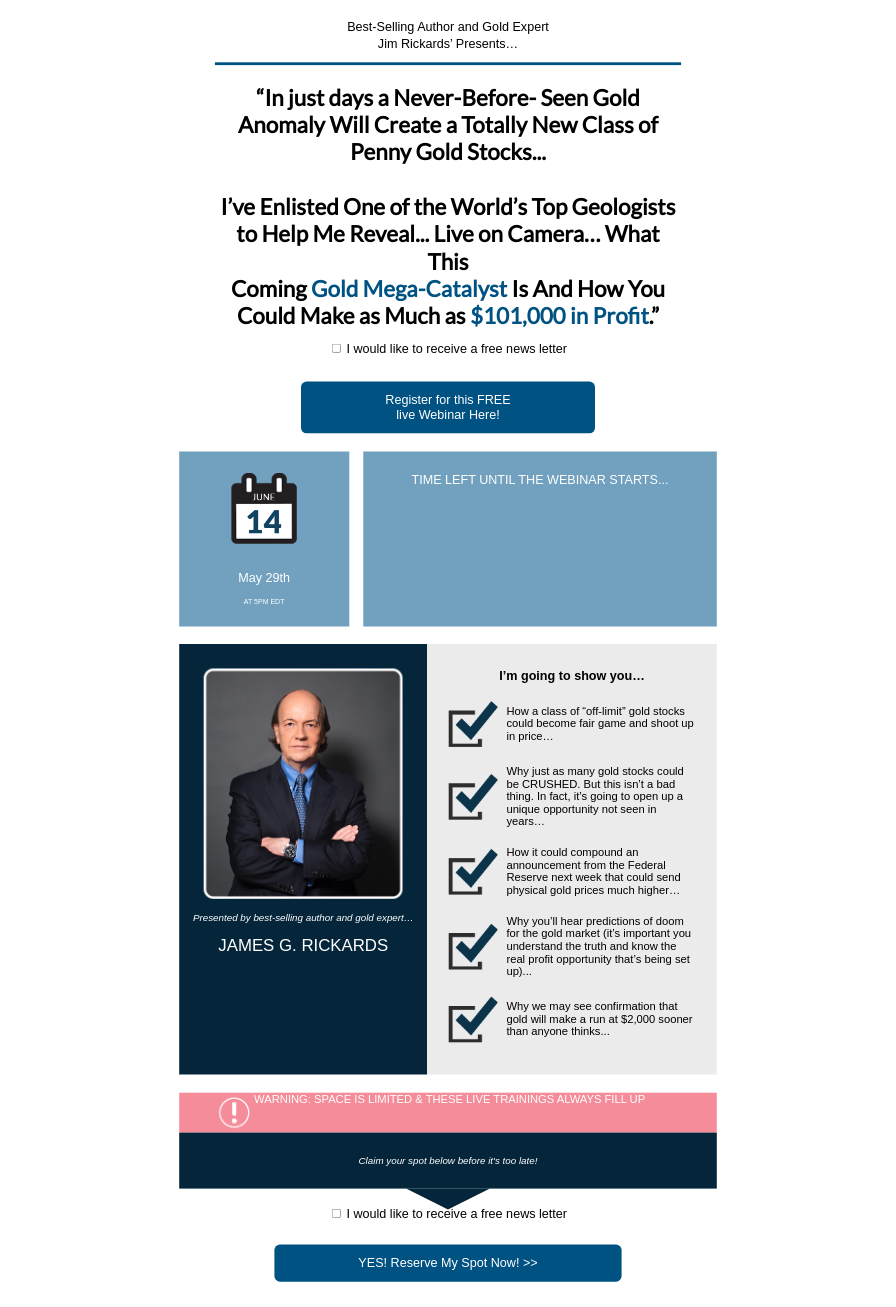
Repository: KrystellBarraza/Test
Page: index.html
These files come from the project's save history. The page is drawn as it stood at one moment and after the next save; the edit follows.
The browser window is 1280 px wide. The pictures show the whole page, at 70% of full size.

Above is the page before, as saved 2019-10-07 10:40:33.

After the next save:
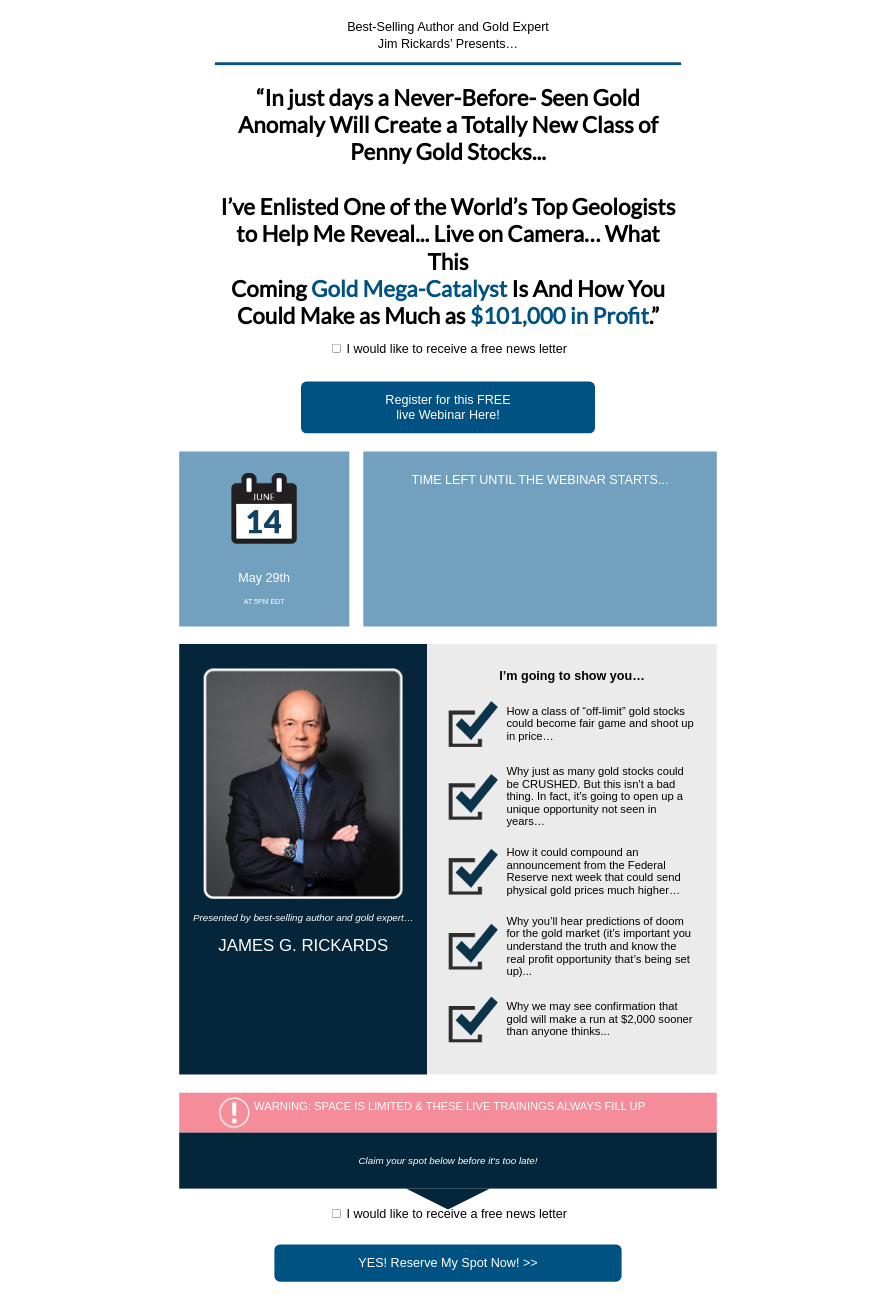
Saved 21 s later.
--- a/style.css
+++ b/style.css
@@ -232,6 +232,10 @@
     margin: 6px;
 }
 
+.warning-text {
+    padding-top: 10px;
+}
+
 .claim {
     grid-area: n;
     background-color: #05263a;
